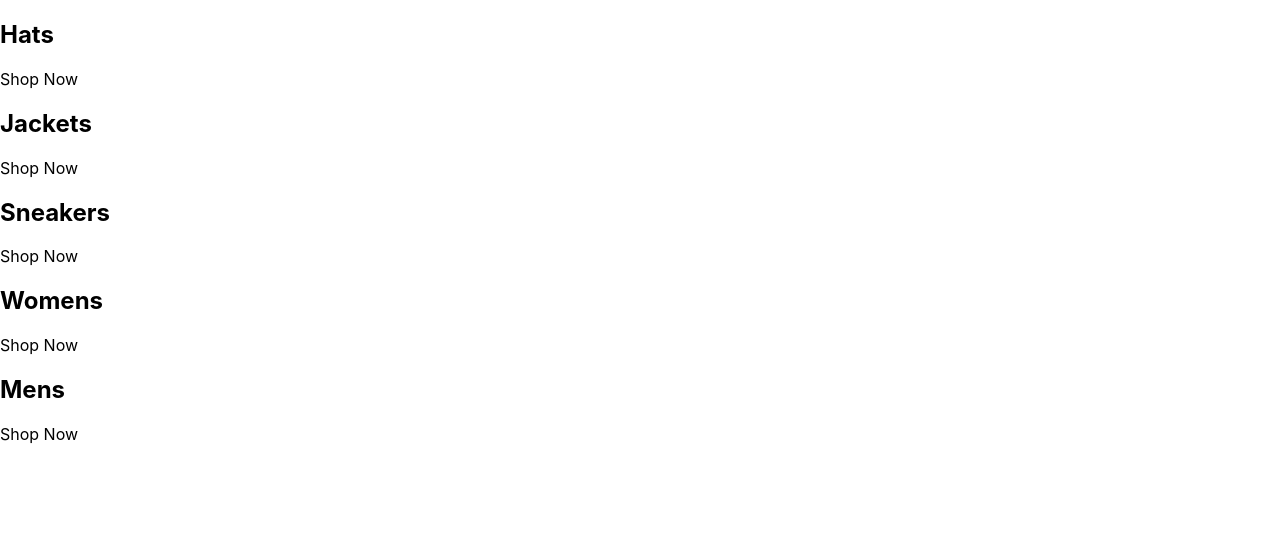
Repository: minhtien9/clothing
Page: /
The author's editor kept a copy of each file at every save. The page is drawn from the files as they stood at one save, then again after a run of saves.
The browser window is 1280 px wide. The pictures show the whole page.
The project was rebuilt for these pictures with package versions that can differ from the ones it lists, and the page was loaded fresh each time. Also part of the build but not shown: src/App.css.

Above is the page before, as saved 2022-07-29 15:29:11.

### src/App.js
import "./App.css";

function App() {
    const categories = [
        {
            id: 1,
            title: "Hats",
        },
        {
            id: 2,
            title: "Jackets",
        },
        {
            id: 3,
            title: "Sneakers",
        },
        {
            id: 4,
            title: "Womens",
        },
        {
            id: 5,
            title: "Mens",
        },
    ];
    return (
        <div className='categories-container'>
            {categories.map(({ title }) => (
                <div className='category-container'>
                    <div className='background-image'></div>
                    <div className='category-body-container'>
                        <h2>{title}</h2>
                        <p>Shop Now</p>
                    </div>
                </div>
            ))}
        </div>
    );
}

export default App;

### src/categories.styles.scss
.categories-container{
  background-color: :red;
}

Loaded but not shown: public/index.html (common file); src/index.js (common file); src/index.css (common file); src/reportWebVitals.js (common file)

After the next 2 saves:
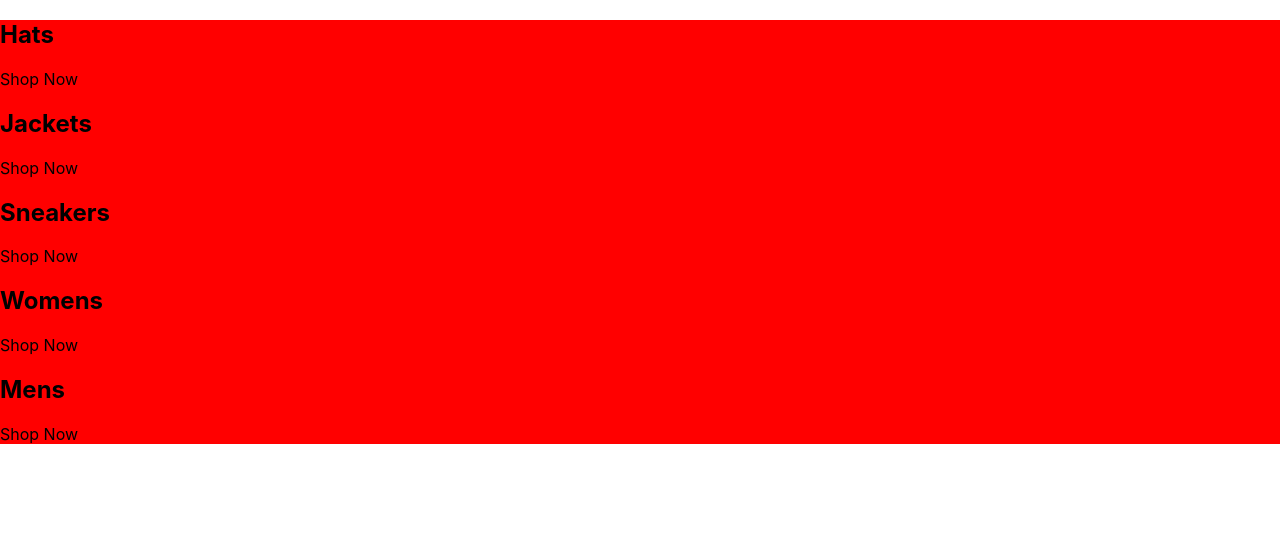
The 2 saves are shown as one change because 1 did not build or start.
The last was saved 90 s later.
--- a/src/App.js
+++ b/src/App.js
@@ -1,4 +1,4 @@
-import "./App.css";
+import "./categories.styles.scss";
 
 function App() {
     const categories = [
--- a/src/categories.styles.scss
+++ b/src/categories.styles.scss
@@ -1,3 +1,3 @@
-.categories-container{
-  background-color: :red;
+.categories-container {
+    background-color: red;
 }

After the save that followed:
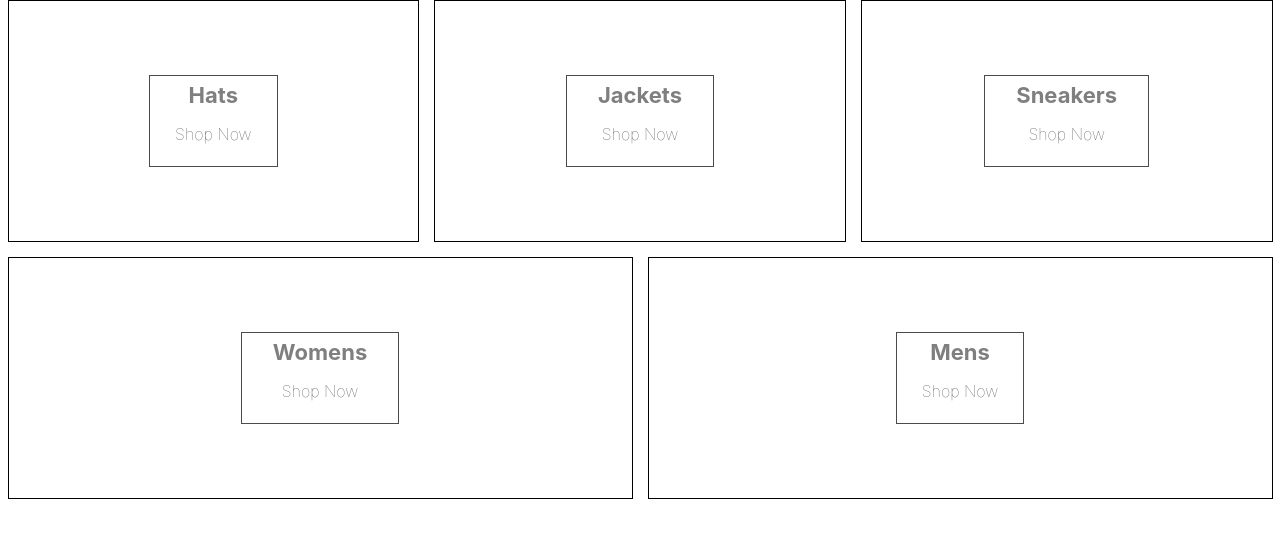
Saved 6 min 32 s later.
--- a/src/categories.styles.scss
+++ b/src/categories.styles.scss
@@ -1,3 +1,75 @@
 .categories-container {
-    background-color: red;
+    width: 100%;
+    display: flex;
+    flex-wrap: wrap;
+    justify-content: space-between;
 }
+
+.category-container {
+    min-width: 30%;
+    height: 240px;
+    flex: 1 1 auto;
+    display: flex;
+    align-items: center;
+    justify-content: center;
+    border: 1px solid black;
+    margin: 0 7.5px 15px;
+    overflow: hidden;
+
+    &:hover {
+        cursor: pointer;
+
+        & .background-image {
+            transform: scale(1.1);
+            transition: transform 6s cubic-bezier(0.25, 0.45, 0.45, 0.95);
+        }
+
+        & .category-body-container {
+            opacity: 0.9;
+        }
+    }
+
+    &.large {
+        height: 380px;
+    }
+
+    &:first-child {
+        margin-right: 7.5px;
+    }
+
+    &:last-child {
+        margin-left: 7.5px;
+    }
+
+    .background-image {
+        width: 100%;
+        height: 100%;
+        background-size: cover;
+        background-position: center;
+    }
+
+    .category-body-container {
+        height: 90px;
+        padding: 0 25px;
+        display: flex;
+        flex-direction: column;
+        align-items: center;
+        justify-content: center;
+        border: 1px solid black;
+        background-color: white;
+        opacity: 0.7;
+        position: absolute;
+
+        h2 {
+            font-weight: bold;
+            margin: 0 6px 0;
+            font-size: 22px;
+            color: #4a4a4a;
+        }
+
+        p {
+            font-weight: lighter;
+            font-size: 16px;
+        }
+    }
+}
